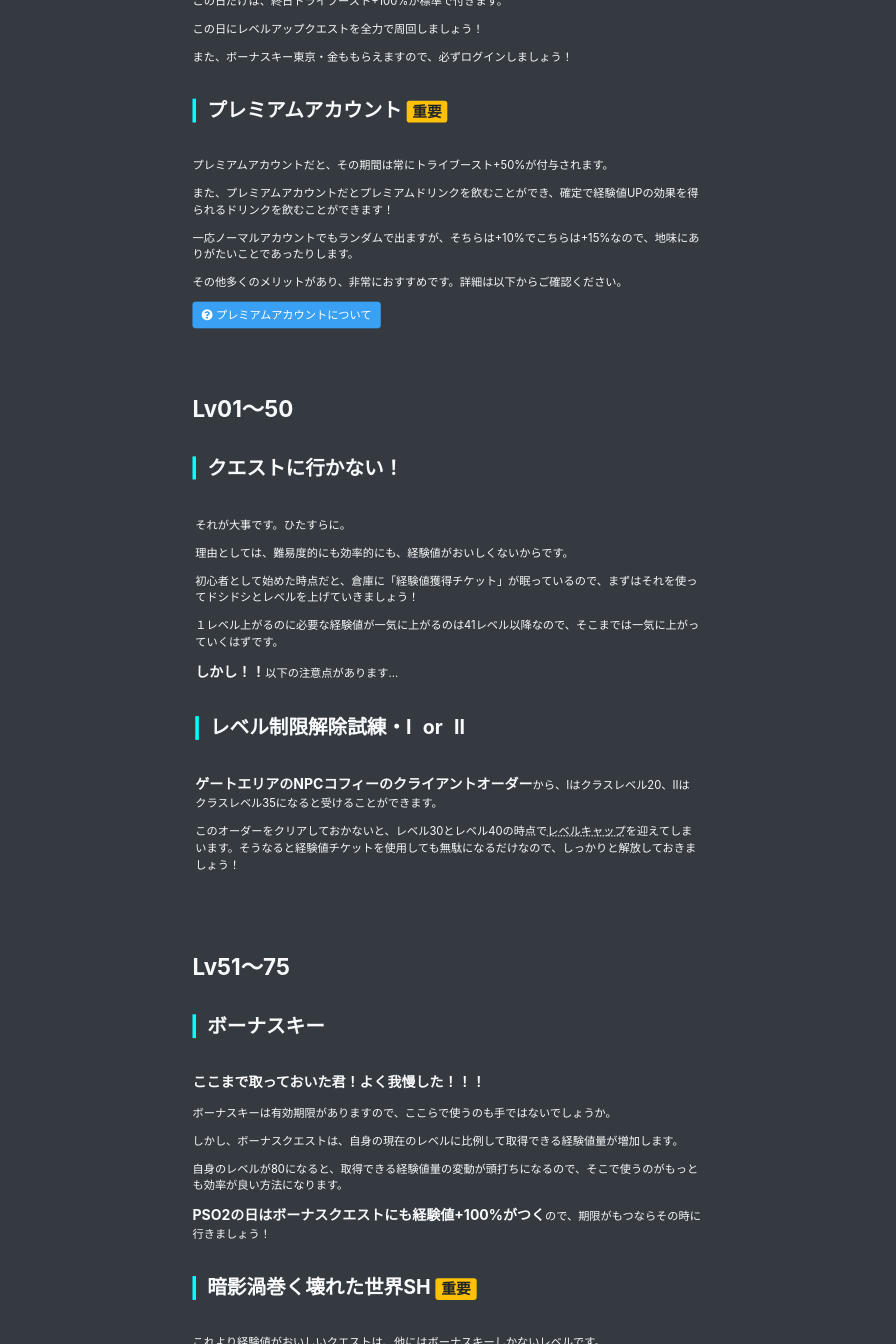
Repository: milkyahonpo/Website_source
Page: docs/capture.html
An editor plug-in stored every save of this project. The page is shown before and after the next save, followed by the edit.
The browser window is 1280 px wide. The pictures show the part of the page from y = 4580 to 6500 px (the page is 9702 px tall before and 9710 px after), at 70% of full size.
Some web libraries are served in a nearby version.

Above is the page before, as saved 2020-01-24 12:37:33.

After the next save:
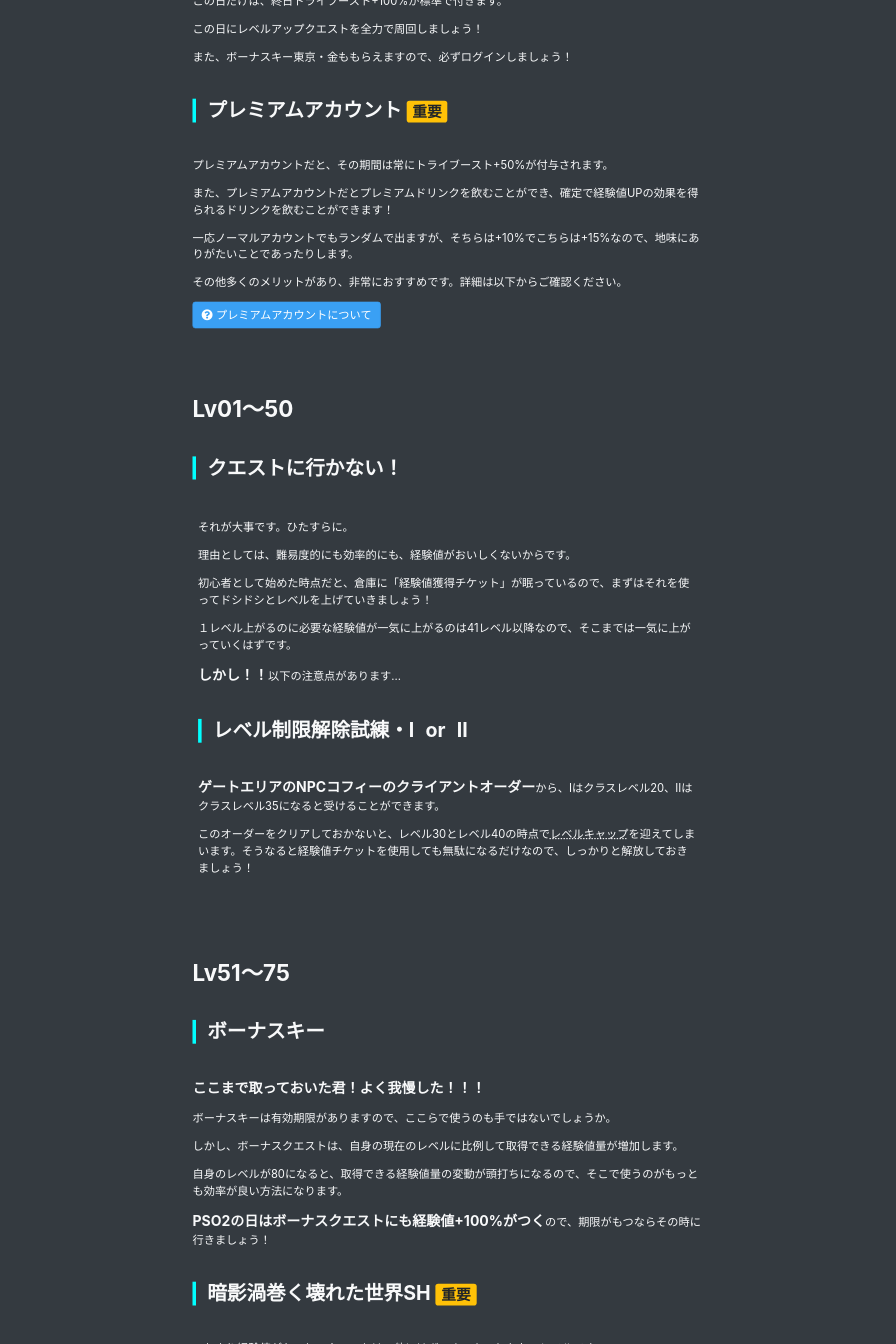
Saved 6 s later.
--- a/docs/capture.html
+++ b/docs/capture.html
@@ -158,7 +158,7 @@
         <div class="col-lg-8">
           <h2><b>Lv01～50</b></h2>
           <h3 class="my-5 pl-3"><strong class="font-weight-bold">クエストに行かない！</strong></h3>
-          <section class="px-1 py-1">
+          <section class="px-2 py-2">
             <p>それが大事です。ひたすらに。</p>
             <p>理由としては、難易度的にも効率的にも、経験値がおいしくないからです。</p>
             <p>初心者として始めた時点だと、倉庫に「経験値獲得チケット」が眠っているので、まずはそれを使ってドシドシとレベルを上げていきましょう！</p>
